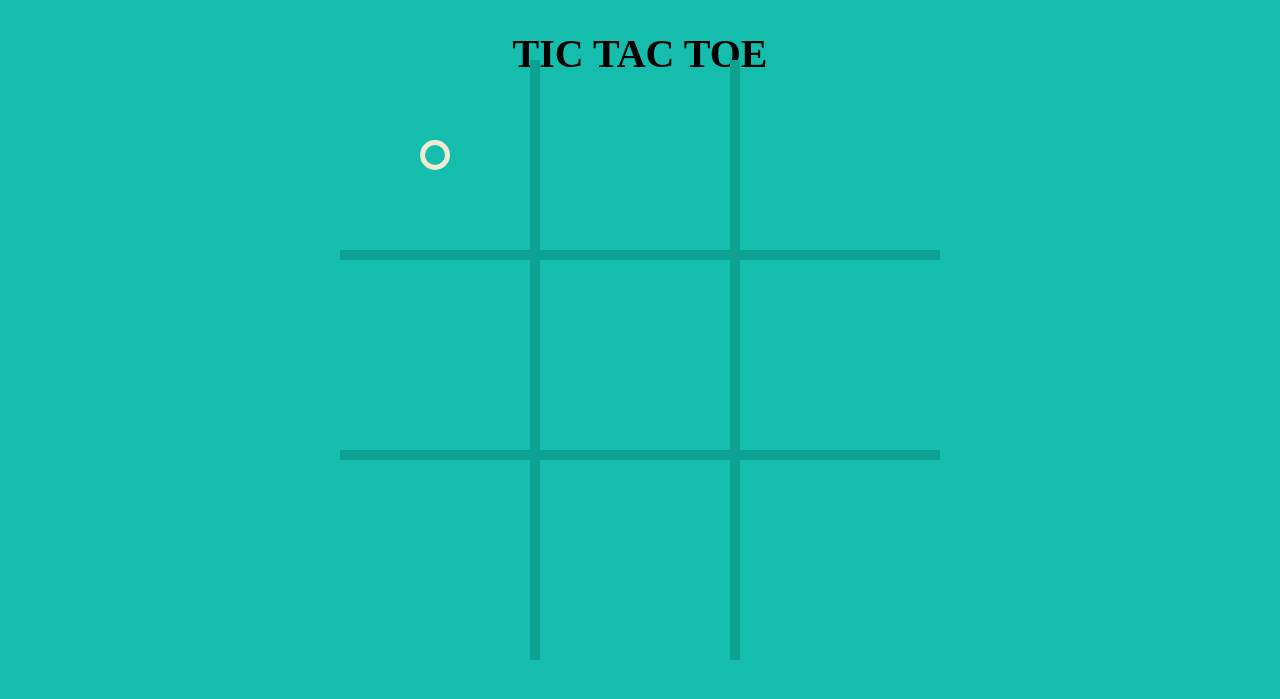
Repository: baumanmilosz/tictactoe
Page: index.html
An editor plug-in stored every save of this project. The page is shown before and after the next save, followed by the edit.
The browser window is 1280 px wide. The pictures show the whole page.
After loading, the first visible `div.box` was clicked once.

Above is the page before, as saved 2019-02-24 20:51:25.

### index.html
<!DOCTYPE html>
<html lang="en">

<head>
  <meta charset="UTF-8">
  <meta name="viewport" content="width=device-width, initial-scale=1.0">
  <meta http-equiv="X-UA-Compatible" content="ie=edge">
  <link rel="stylesheet" href="./style.css">
  <title>Tic Tac Toe</title>
</head>

<body>
  <header class="game-header">
    <h1 class="game-title">Tic Tac Toe</h1>
    <h2 class="winner"></h2>
  </header>
  <div class="board">
    <div class="box horizontal-border vertical-border" data-row="0" data-col="0"></div>
    <div class="box horizontal-border vertical-border" data-row="0" data-col="1"></div>
    <div class="box horizontal-border" data-row="0" data-col="2"></div>
    <div class="box horizontal-border vertical-border" data-row="1" data-col="0"></div>
    <div class="box horizontal-border vertical-border" data-row="1" data-col="1"></div>
    <div class="box horizontal-border" data-row="1" data-col="2"></div>
    <div class="box vertical-border" data-row="2" data-col="0"></div>
    <div class="box vertical-border" data-row="2" data-col="1"></div>
    <div class="box" data-row="2" data-col="2"></div>
  </div>

  <script src="./script.js"></script>
</body>

</html>

### style.css
* {
  margin: 0;
  padding: 0;
  box-sizing: border-box;
}

html {
  font-size: 10px;
}

body {
  position: relative;
  height: 100vh;
  background-color: #14BDAC;
}

.game-header {
  padding: 3rem 0;
  text-align: center;
}

.game-header .game-title {
  font-size: 4rem;
  text-transform: uppercase;
}

.game-header .winner {
  display: none;
}

.board {
  display: flex;
  flex-wrap: wrap;
  justify-content: center;
  align-items: center;
  position: absolute;
  left: 50%;
  top: 50%;
  transform: translate(-50%, -50%);
  width: 50vw;
  height: 50vw;
  max-width: 600px;
  max-height: 600px;
}

.box {
  width: 33.3%;
  height: 33.3%;
  display: flex;
  cursor: pointer;
}

.box {
  position: relative;
}

.box.horizontal-border {
border-bottom: 10px solid #0DA192;
}

.box.vertical-border {
border-right: 10px solid #0DA192;
}

.box.circle::before, .box.cross::before, .box.cross::after {
  position: absolute;
  left: 50%;
  top: 50%;
  transform: translate(-50%,-50%);
}

.box.circle:before{
  content: '';
  display: block;
  width: 20px;
  height: 20px;
  border-width: 5px;
  border-radius: 50%;
  animation: circle .1s ease-in-out both;
}

.box.cross::before, .box.cross::after {
  content: '';
  width: 40px;
  height: 10px;
  background-color: #545454;
  transform-origin: 50% 50%;
}

.box.cross::before{
  transform: translate(-50%,-50%) rotate(45deg);
  animation: cross .2s ease both;
}

.box.cross::after{
  transform: translate(-50%,-50%) rotate(-45deg);
  animation: cross .2s .2s ease both;
}

@keyframes circle {
  25% {
    border-top: 5px solid #F2EBD3;

  }
  50% {
    border-right: 5px solid #F2EBD3;

  }
  75% {
    border-bottom: 5px solid #F2EBD3;
  }
  100% {
    border-top: 5px solid #F2EBD3;
    border-right: 5px solid #F2EBD3;
    border-bottom: 5px solid #F2EBD3;
    border-left: 5px solid #F2EBD3;
  }
}

@keyframes cross {
  0% {
    width: 0;
  }

  100% {
    width: 40px;
  }
}

### script.js
var boxes = document.querySelectorAll('.box');
const player1 = 'circle';
const player2 = 'cross';
let oddRound = true;

const board = [
  ['', '', ''],
  ['', '', ''],
  ['', '', '']
]

const winCombinations = [
  [0, 1, 2], [3, 4, 5], [6, 7, 8],
  [0, 3, 6], [1, 4, 7], [2, 5, 8],
  [0, 4, 8], [2, 4, 6]
]

function turn() {
  const { row, col } = this.dataset;

  if (this.classList.contains(player1) || this.classList.contains(player2)) return;
  const turn = oddRound ? player1 : player2;
  this.classList.add(turn);
  board[row][col] = turn;
  oddRound = !oddRound;

  check();
}

function check() {

  const result = board.reduce((total, row) => total.concat(row));

  let moves = {
    'circle': [],
    'cross': []
  };

  result.forEach((box, index) => moves[box] ? moves[box].push(index) : null);

  winCombinations.forEach(winCombination => {
    if (winCombination.every(index => moves[player1].indexOf(index) > -1)) {
      showWinner(player1);
    }
    if (winCombination.every(index => moves[player2].indexOf(index) > -1)) {
      showWinner(player2);
    }
  })
}

function showWinner(winPlayer) {
  const whoWinner = document.querySelector('.winner');

  let winner = null;
  let draw = false;
  if (winPlayer === player1) {
    winner = 'PLAYER1';
  } else if (winPlayer === player2) {
    winner = 'PLAYER2';
  } else {
    winner = false;
    draw = true;
  }
  console.log(winner);

  whoWinner.style.display = 'block';
  whoWinner.textContent = `Winner: ${winner ? winner : draw}!`;
  boxes.forEach(box => box.removeEventListener('click', turn));
  setTimeout(() => window.location.reload(), 4000);
}

boxes.forEach(box => box.addEventListener('click', turn));

After the next save:
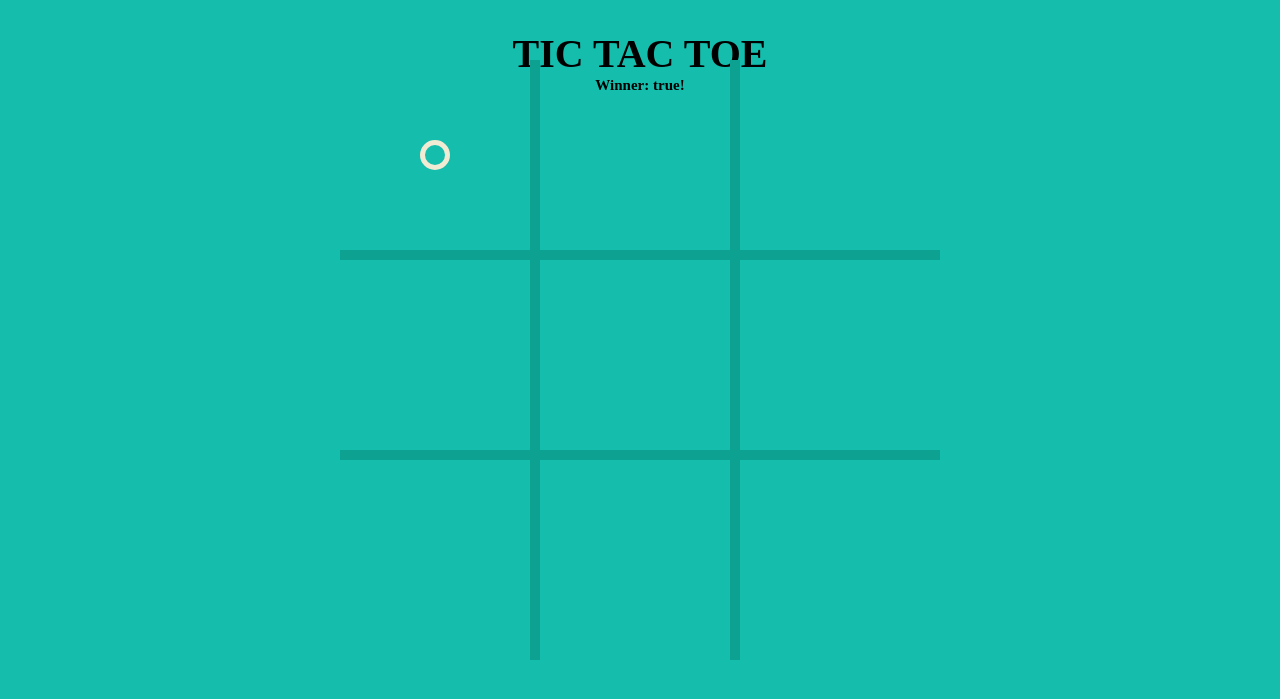
Saved 4 min 8 s later.
--- a/script.js
+++ b/script.js
@@ -45,6 +45,9 @@
     if (winCombination.every(index => moves[player2].indexOf(index) > -1)) {
       showWinner(player2);
     }
+    if (true) {
+      showWinner();
+    }
   })
 }
 

After the save that followed:
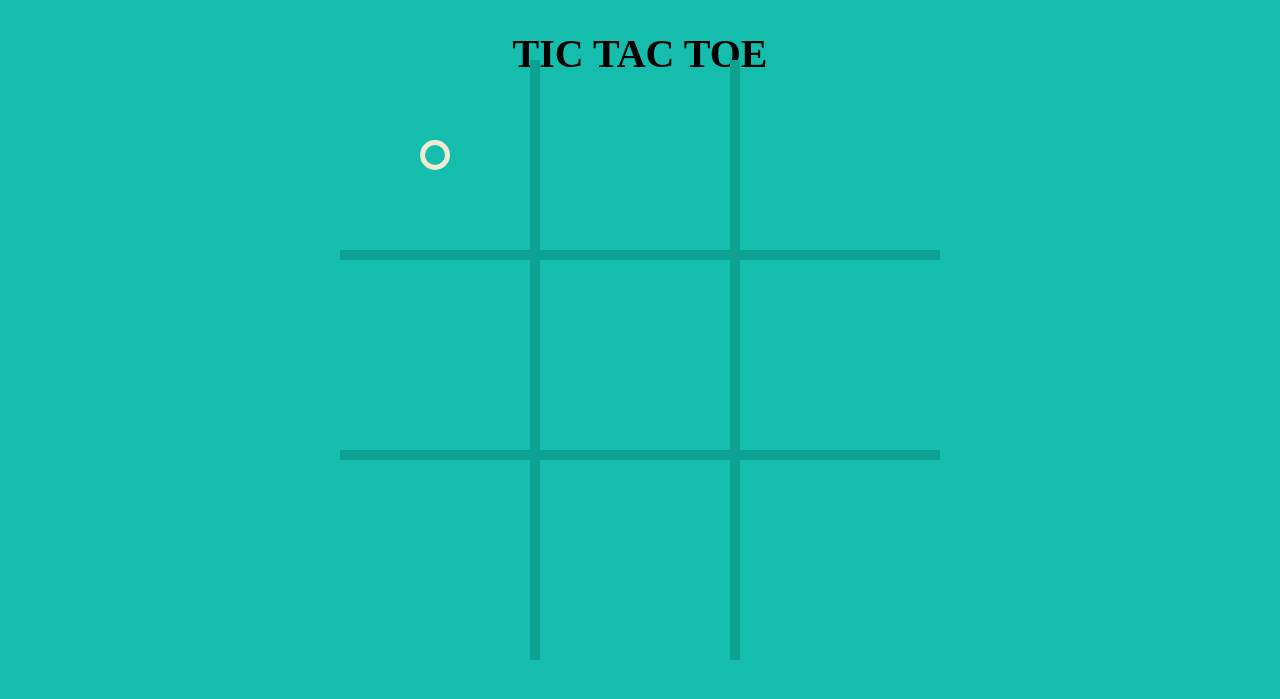
Saved 45 s later.
--- a/script.js
+++ b/script.js
@@ -45,7 +45,7 @@
     if (winCombination.every(index => moves[player2].indexOf(index) > -1)) {
       showWinner(player2);
     }
-    if (true) {
+    if (false) {
       showWinner();
     }
   })
